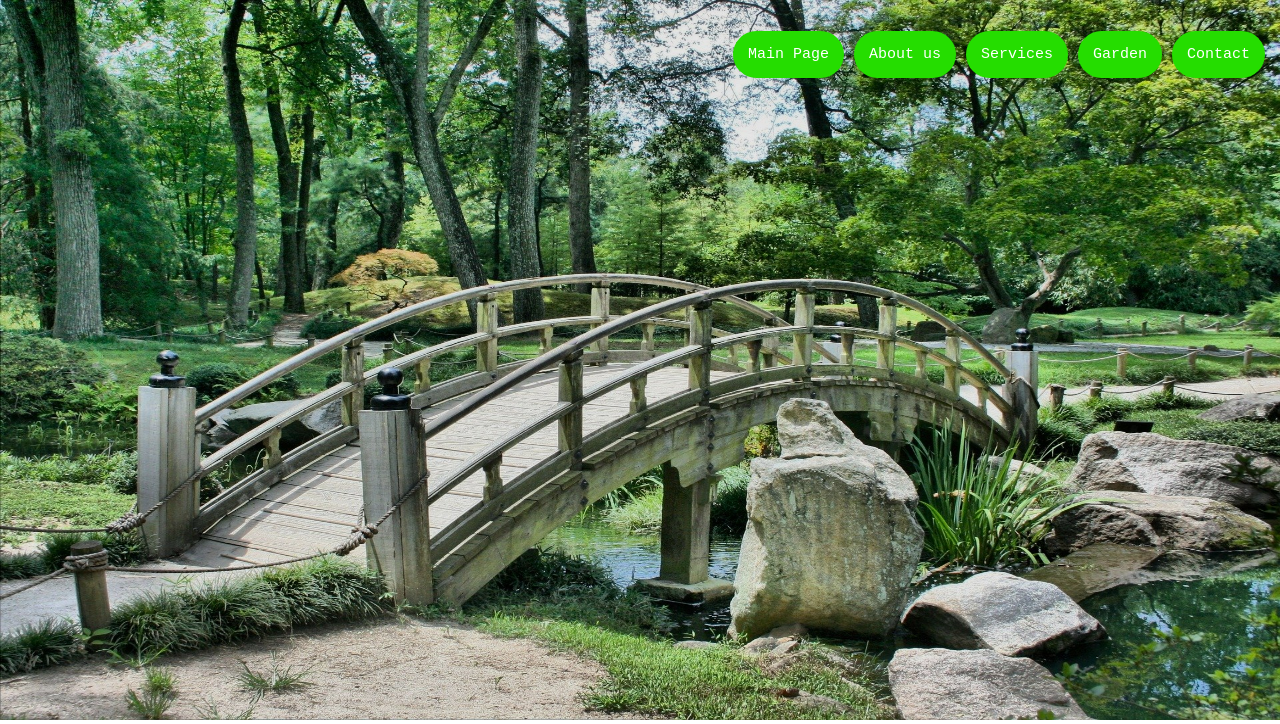
Repository: PatryxB/garden
Page: http://localhost/
An editor plug-in stored every save of this project. The page is shown before and after the next save, followed by the edit.
The browser window is 1280 px wide. The pictures show the whole page.
Some web fonts or font styles are not loaded; a fallback is used. The page is served by the project's Laravel application, run on PHP 8.4 with Laravel 8. Style sheets and scripts are compiled from the project's sources, by tool versions that may differ from the author's.

Above is the page before, as saved 2020-05-01 21:16:05.

After the next save:
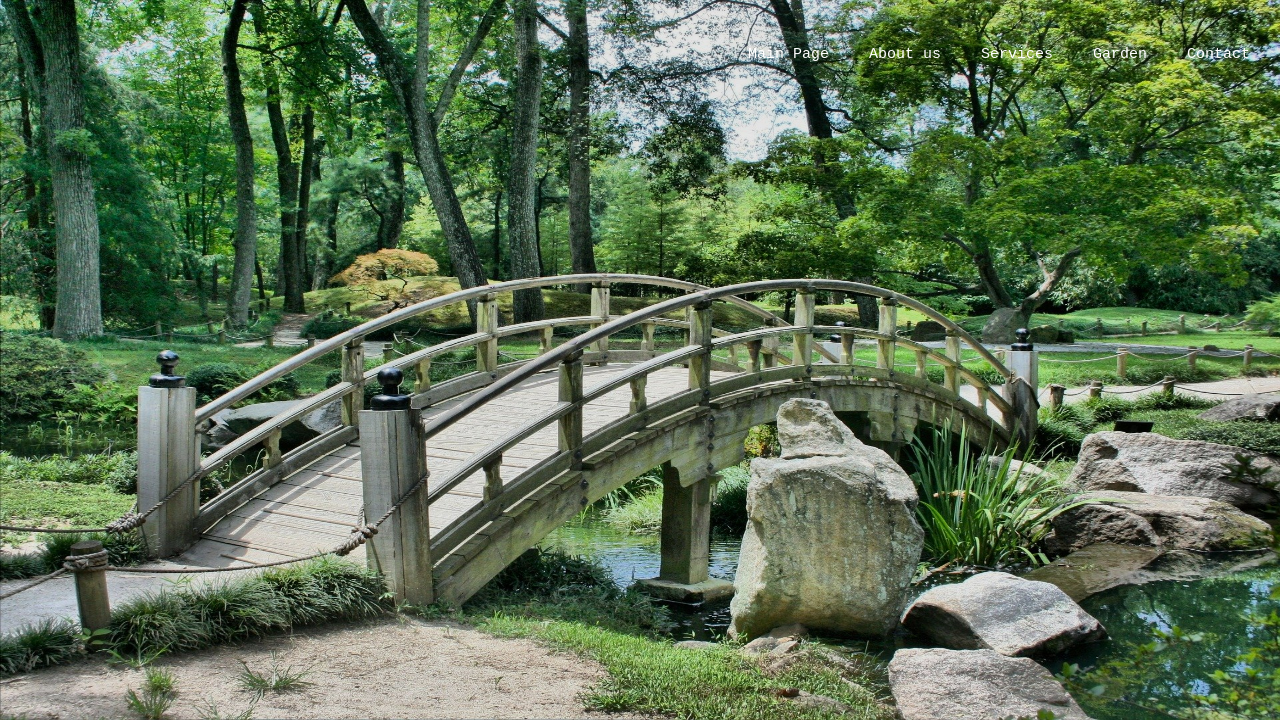
Saved 37 s later.
--- a/resources/sass/app.scss
+++ b/resources/sass/app.scss
@@ -20,7 +20,7 @@ nav ul li a{
     text-decoration: none;
     font-size: 15px;
     display: inline-block;
-    background-color: rgb(37, 221, 0);
+    background-color: transparent;
     color: white;
     padding: 15px;
     border-radius: 25px;
